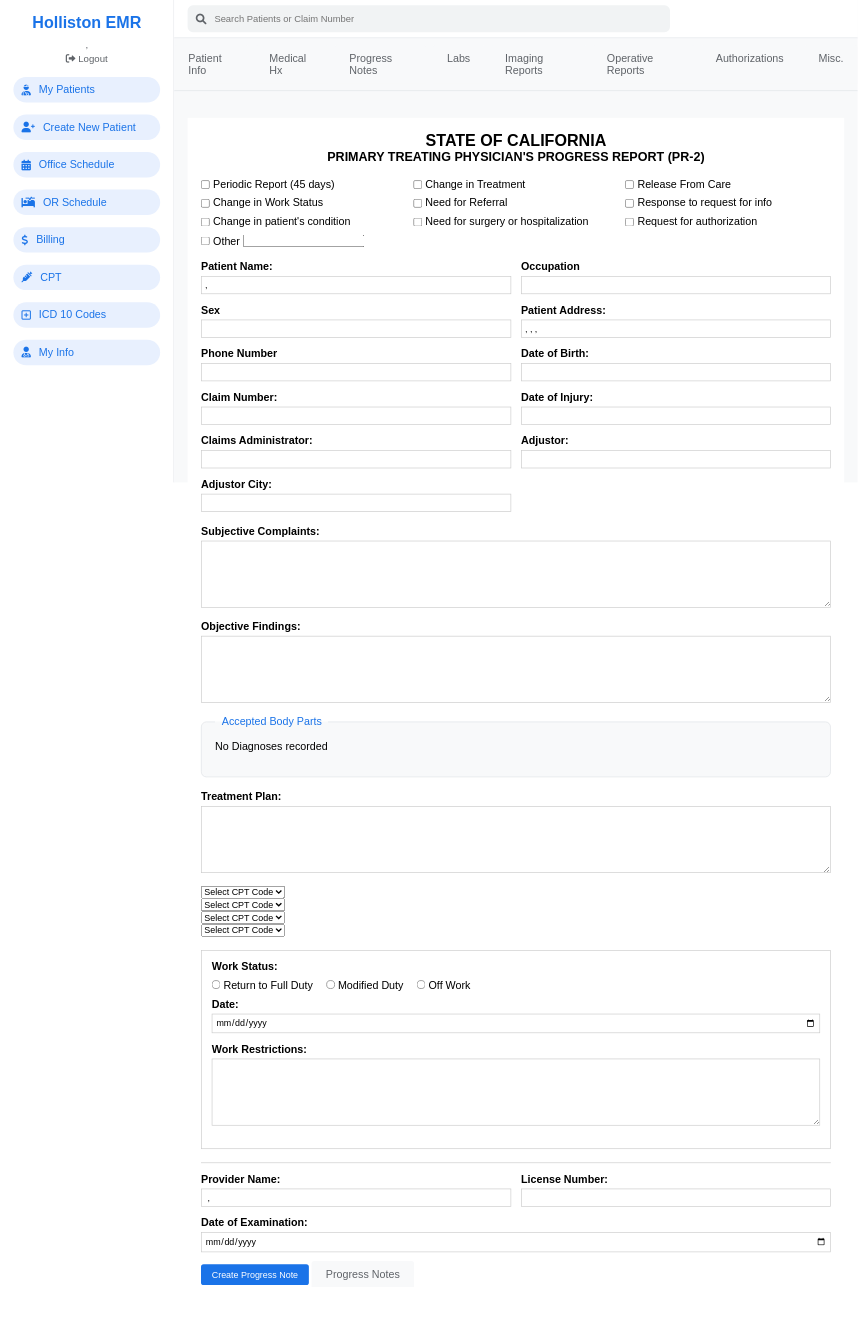
Repository: DavidG626/Flask-Project
Page: templates/create_progress_note.html
The author's editor kept a copy of each file at every save. The page is drawn from the files as they stood at one save, then again after the next save.
The browser window is 1280 px wide. The pictures show the whole page, at 67% of full size.
Some web libraries are served in a nearby version. The page is served by the project's application, run on Flask 3 (tempCodeRunnerFile.py). The template is opened directly, without the code that normally fills it, so the values that code supplies are empty.

Above is the page before, as saved 2025-03-13 17:46:16.

After the next save:
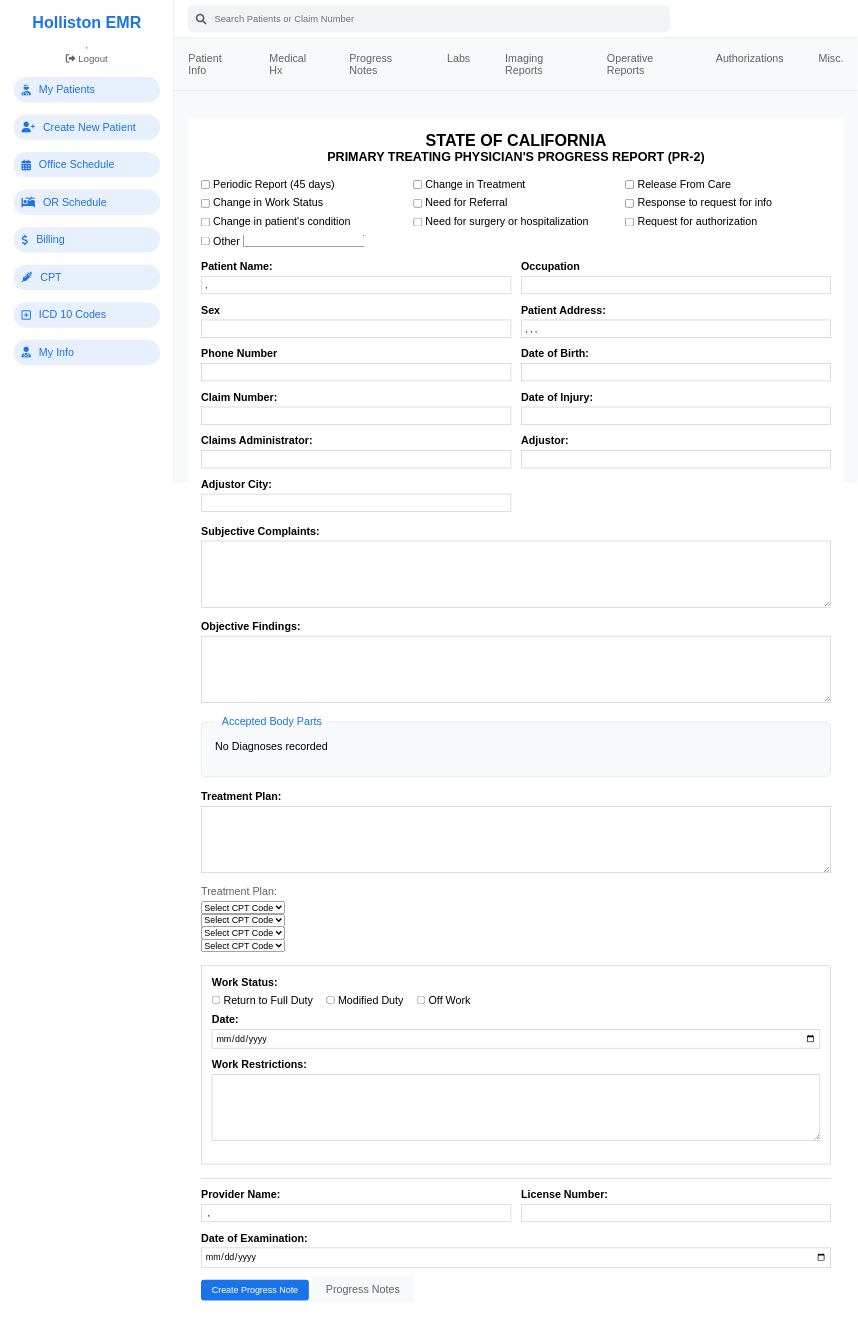
Saved 4 h 39 min later.
--- a/templates/create_progress_note.html
+++ b/templates/create_progress_note.html
@@ -251,6 +251,7 @@
 
                             <!-- 4 CPT Code dropdown boxes -->
                             <div class="col-3">
+                                <label>Treatment Plan:</label>
                                 <select class="form-control" name="cpt_codes">
                                     <option value="">Select CPT Code</option>
                                     {% for cpt in cpt_codes %}
